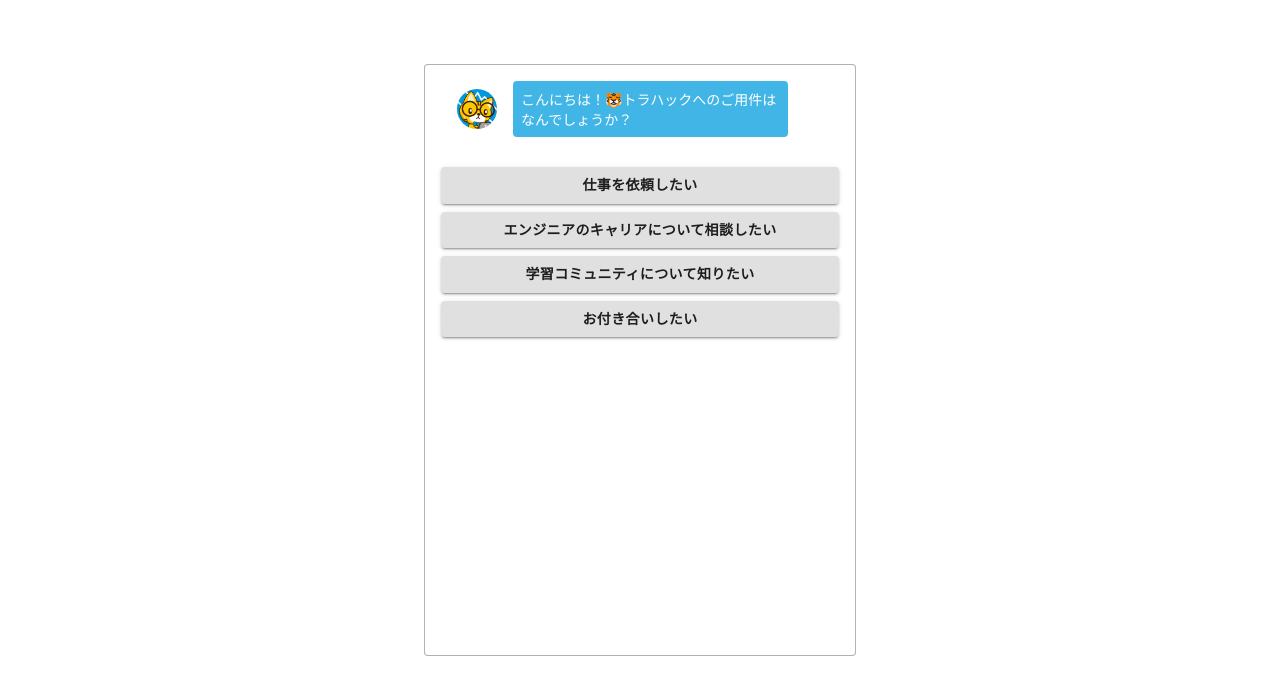
Repository: ShunsukeTanizaki/chatbot-demo
Page: /
An editor plug-in stored every save of this project. The page is shown before and after the next save, followed by the edit.
The browser window is 1280 px wide. The pictures show the whole page.
The project was rebuilt for these pictures with package versions that can differ from the ones it lists, and the page was loaded fresh each time.

Above is the page before, as saved 2020-10-21 22:20:06.

After the next save:
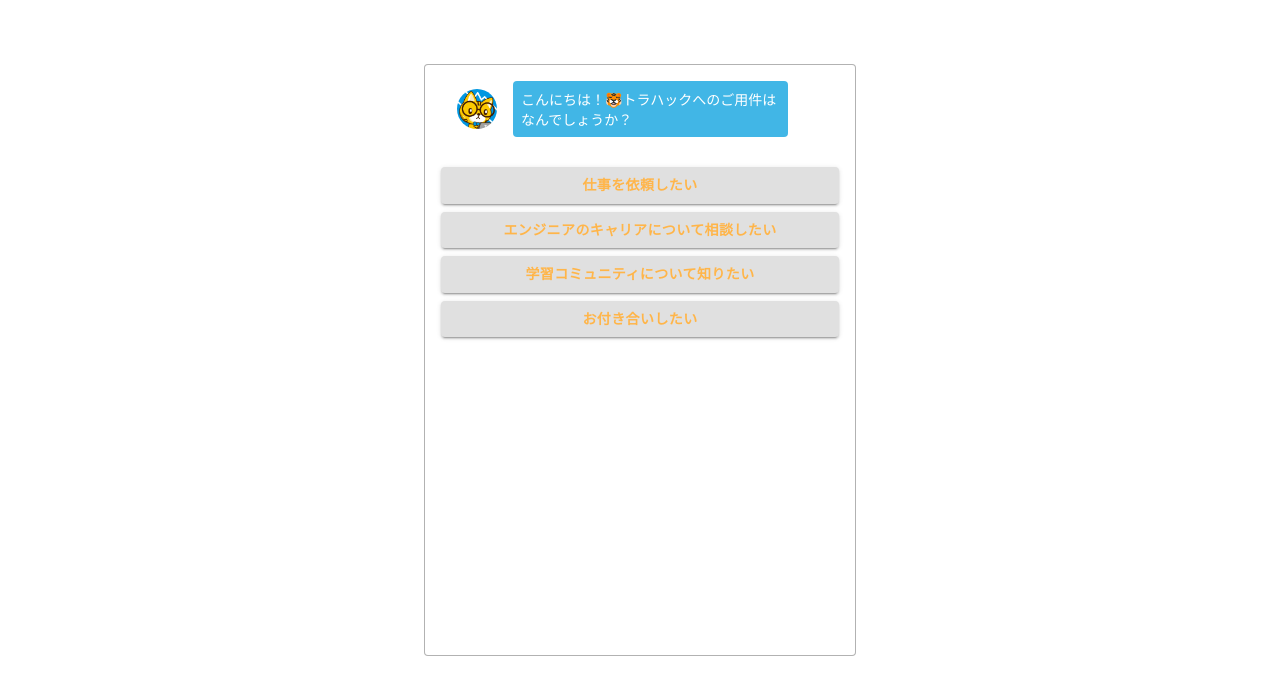
Saved 20 s later.
--- a/src/components/Answer.jsx
+++ b/src/components/Answer.jsx
@@ -6,7 +6,7 @@
     createStyles({
         "button": {
             borderCoror: '#FFB549',
-            color: 'FFB549',
+            color: '#FFB549',
             fontWeight: 600,
             marginBottom: '8px',
             "&:hover": {
